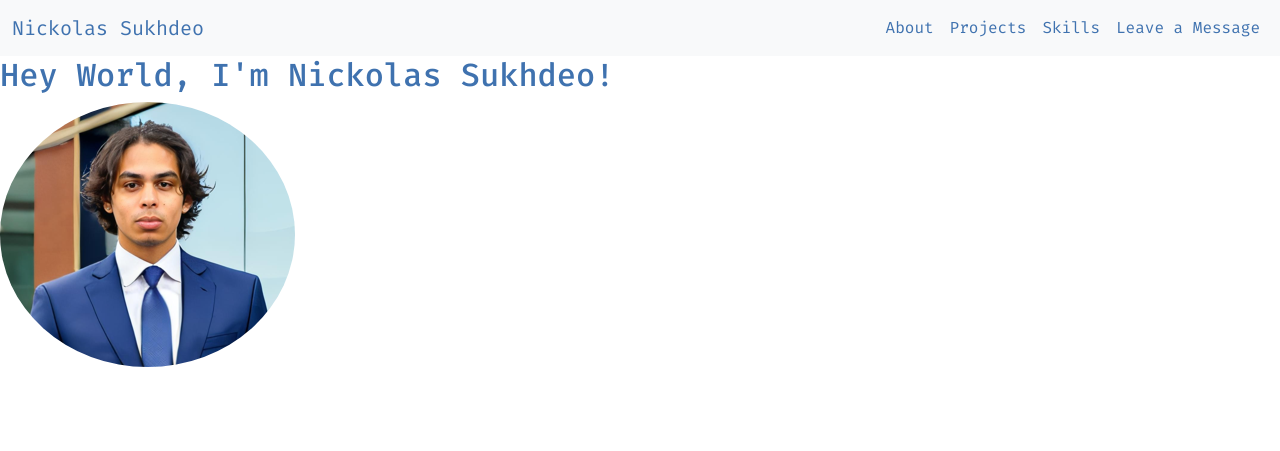
Repository: nlsukhde/porfolio
Page: index.html
The author's editor kept a copy of each file at every save. The page is drawn from the files as they stood at one save, then again after the next save.
The browser window is 1280 px wide. The pictures show the whole page.

Above is the page before, as saved 2025-06-19 17:45:43.

After the next save:
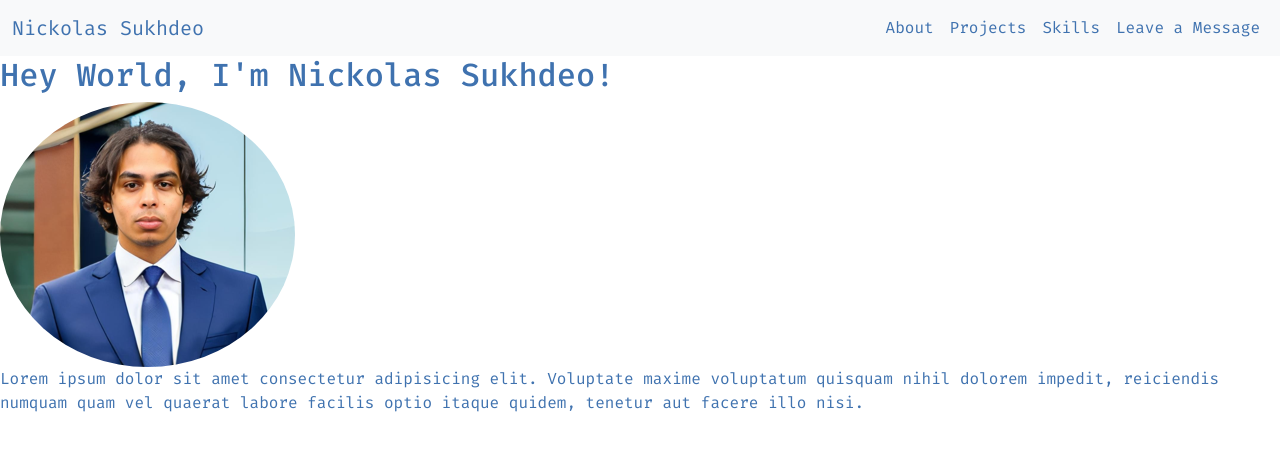
Saved 78 s later.
--- a/index.html
+++ b/index.html
@@ -46,11 +46,19 @@
   </div>
 </nav>
 
-<section id= "about-section"> </section>
+<section id= "about-section">
 
 <h2>Hey World, I'm Nickolas Sukhdeo!</h2>
+
 <div class = "headshot">
 <img src="headshot.png" alt="headshot" />
 </div>
+
+<div class = "bio">
+    <p>Lorem ipsum dolor sit amet consectetur adipisicing elit. Voluptate maxime voluptatum quisquam nihil dolorem impedit, reiciendis numquam
+         quam vel quaerat labore facilis optio itaque quidem, tenetur aut facere illo nisi.</p>
+</div>
+
+</section>
 </body>
 </html>
